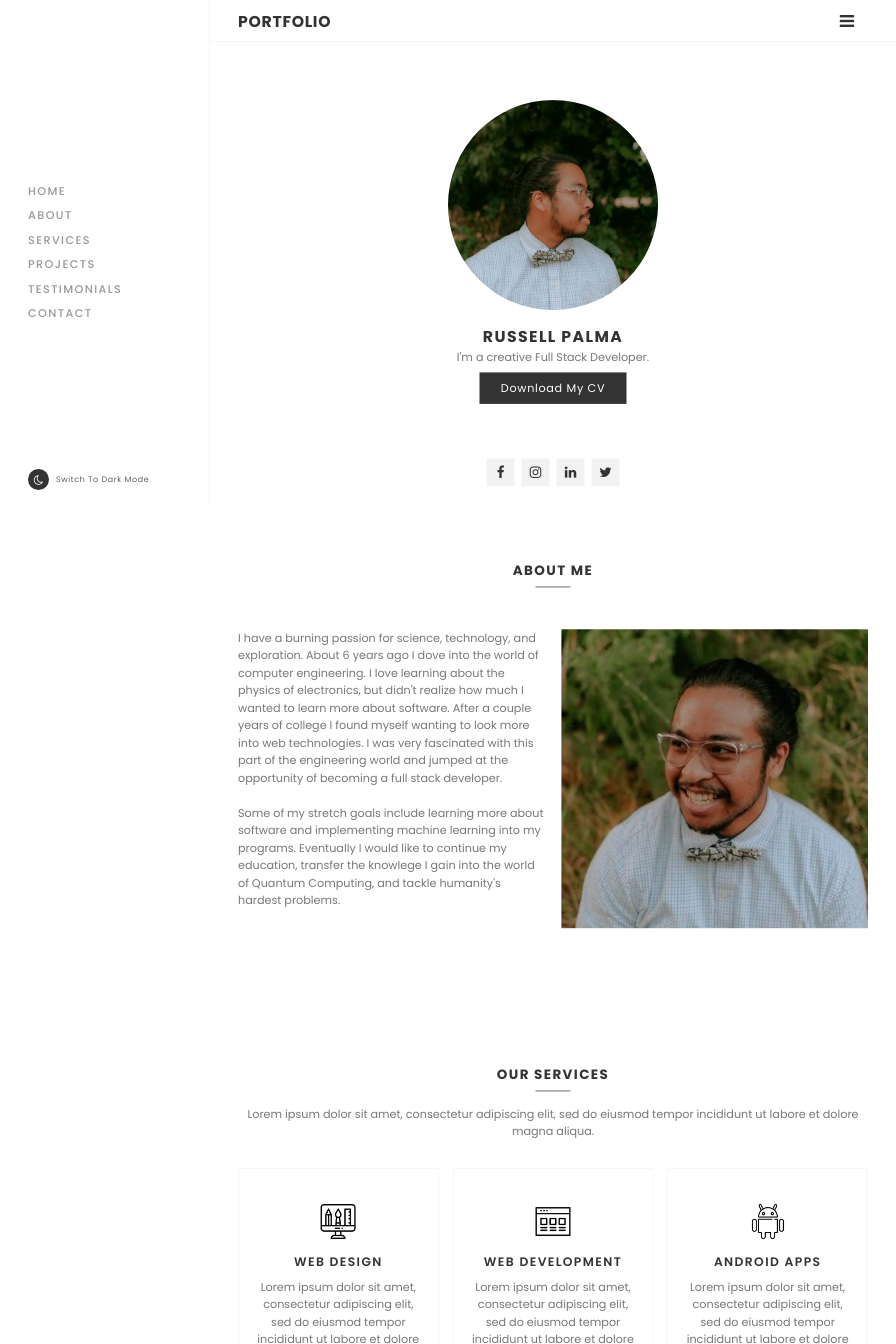
Repository: RussPalms/portforlio-1
Page: index.html
The author's editor kept a copy of each file at every save. The page is drawn from the files as they stood at one save, then again after the next save.
The browser window is 1280 px wide. The pictures show the part of the page from y = 0 to 1920 px (the page is 5693 px tall), at 70% of full size.

Above is the page before, as saved 2021-11-28 16:11:01.

After the next save:
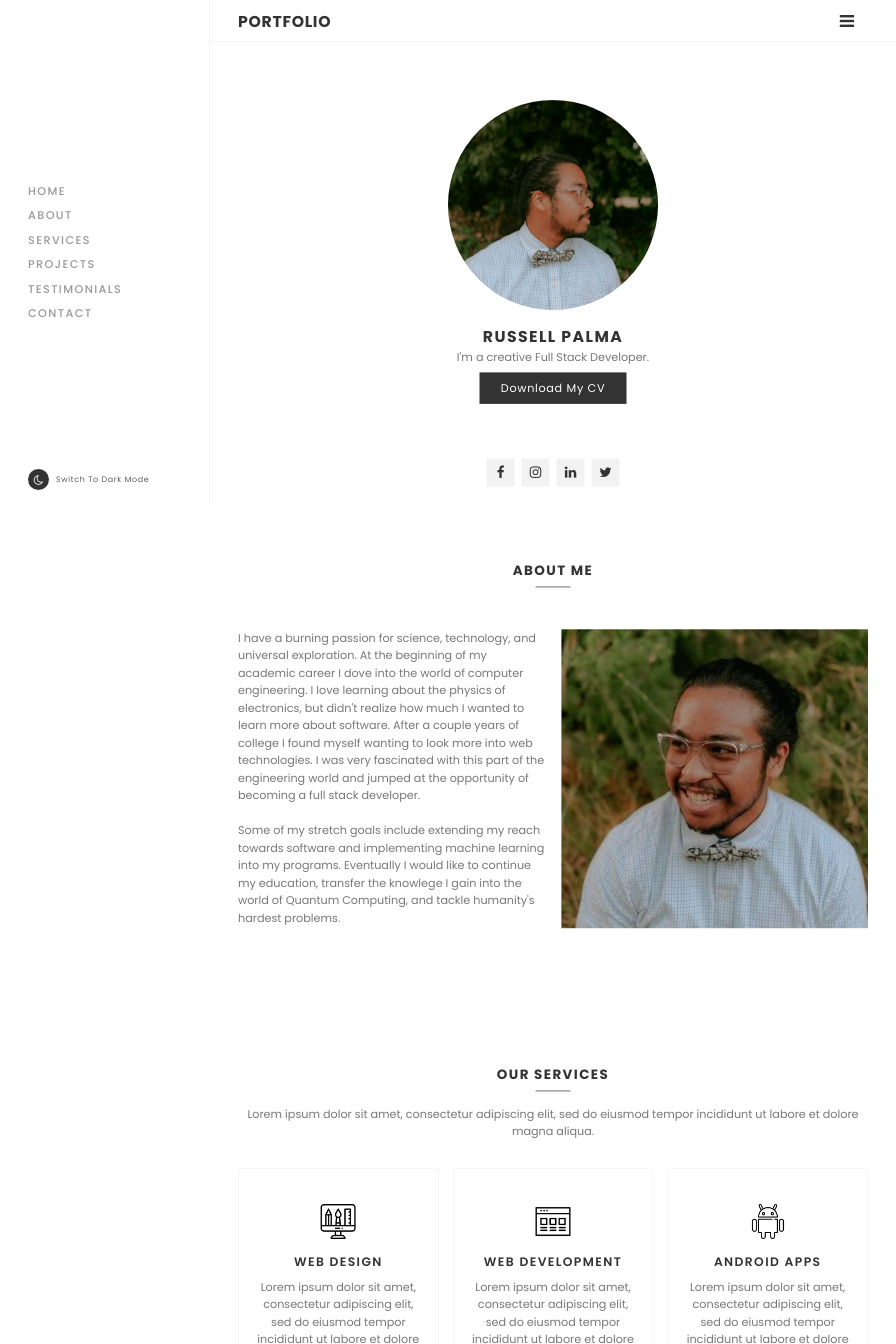
Saved 100 s later.
--- a/index.html
+++ b/index.html
@@ -88,7 +88,7 @@
 						<div class="textBox">
 							<p>
 								I have a burning passion for science,
-								technology, and exploration. About 6 years ago I
+								technology, and universal exploration. At the beginning of my academic career I
 								dove into the world of computer engineering. I
 								love learning about the physics of electronics,
 								but didn't realize how much I wanted to learn
@@ -98,7 +98,7 @@
 								part of the engineering world and jumped at the
 								opportunity of becoming a full stack developer.
 								<br /><br />Some of my stretch goals include
-								learning more about software and implementing
+								extending my reach towards software and implementing
 								machine learning into my programs. Eventually I
 								would like to continue my education, transfer
 								the knowlege I gain into the world of Quantum
